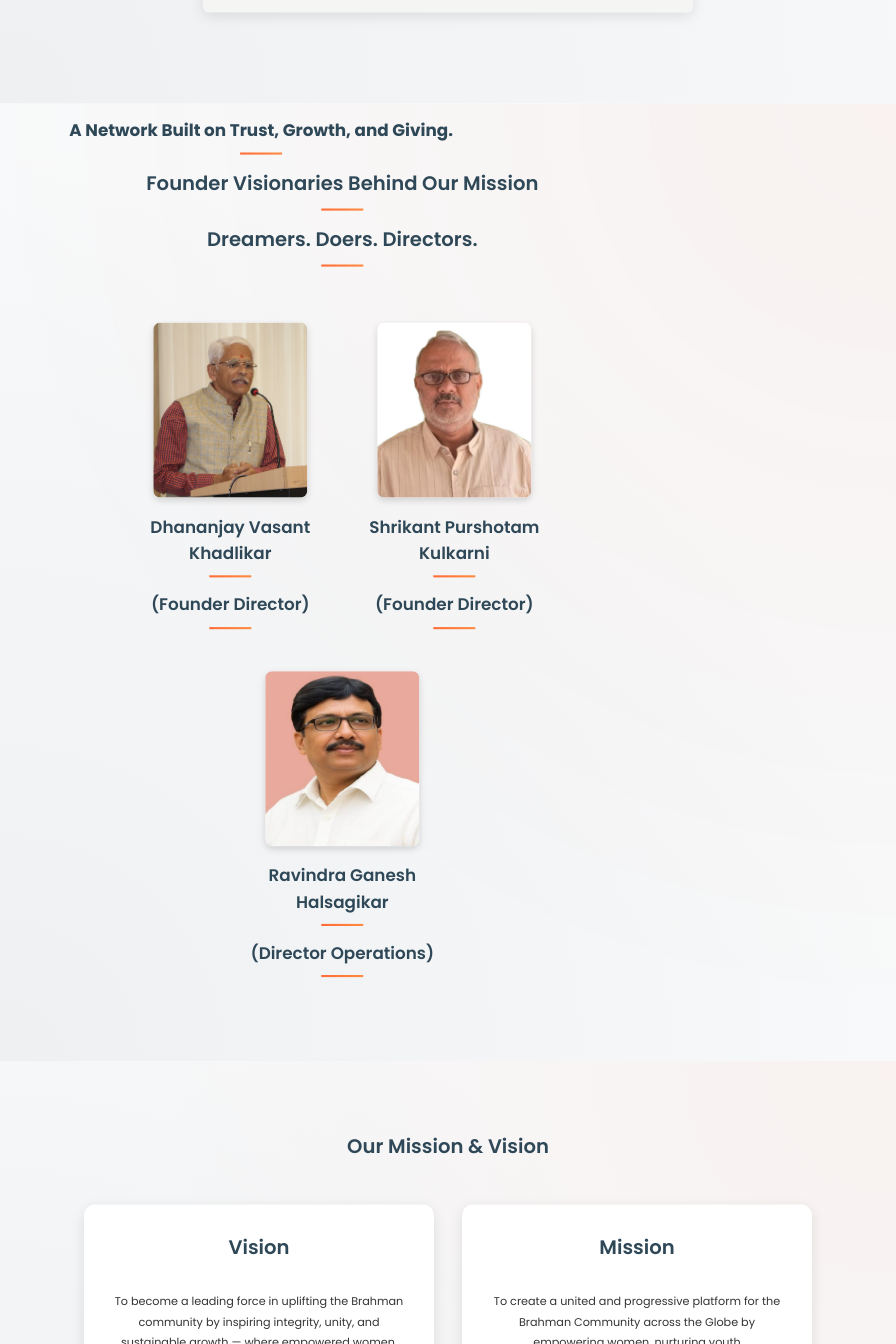
Repository: Snehaldahiphale/bbn-association
Page: index.html
An editor plug-in stored every save of this project. The page is shown before and after the next save, followed by the edit.
The browser window is 1280 px wide. The pictures show the part of the page from y = 2357 to 4277 px (the page is 9950 px tall before and 9870 px after), at 70% of full size.

Above is the page before, as saved 2026-03-12 11:28:03.

After the next save:
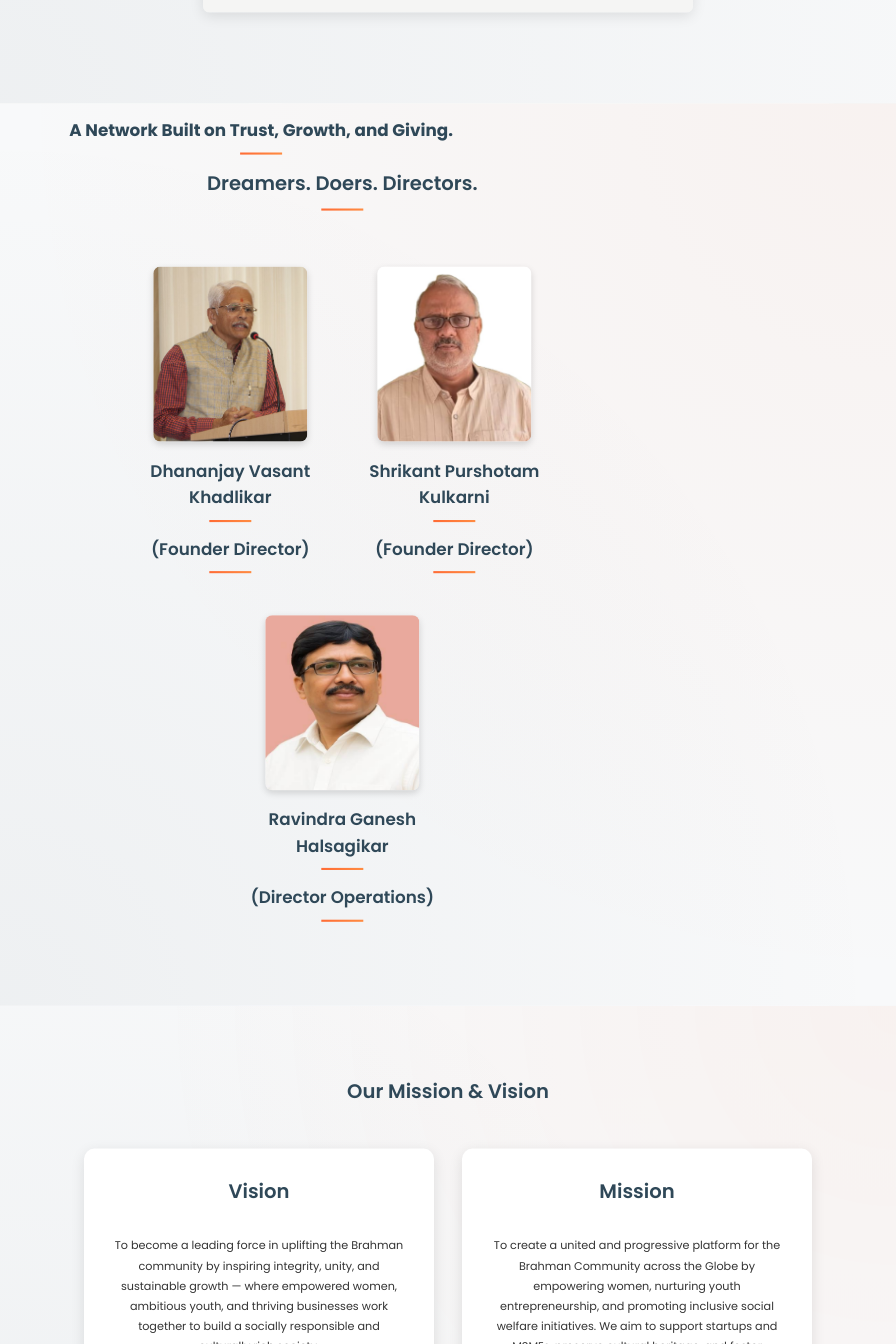
Saved 88 s later.
--- a/index.html
+++ b/index.html
@@ -127,7 +127,7 @@
         <ul>
           <h4>A Network Built on Trust, Growth, and Giving.</h4>
     <div class="section-header">
-      <h4>Founder Visionaries Behind Our Mission</h4>
+
 
       <h4>Dreamers. Doers. Directors.</h4>
     </div>
